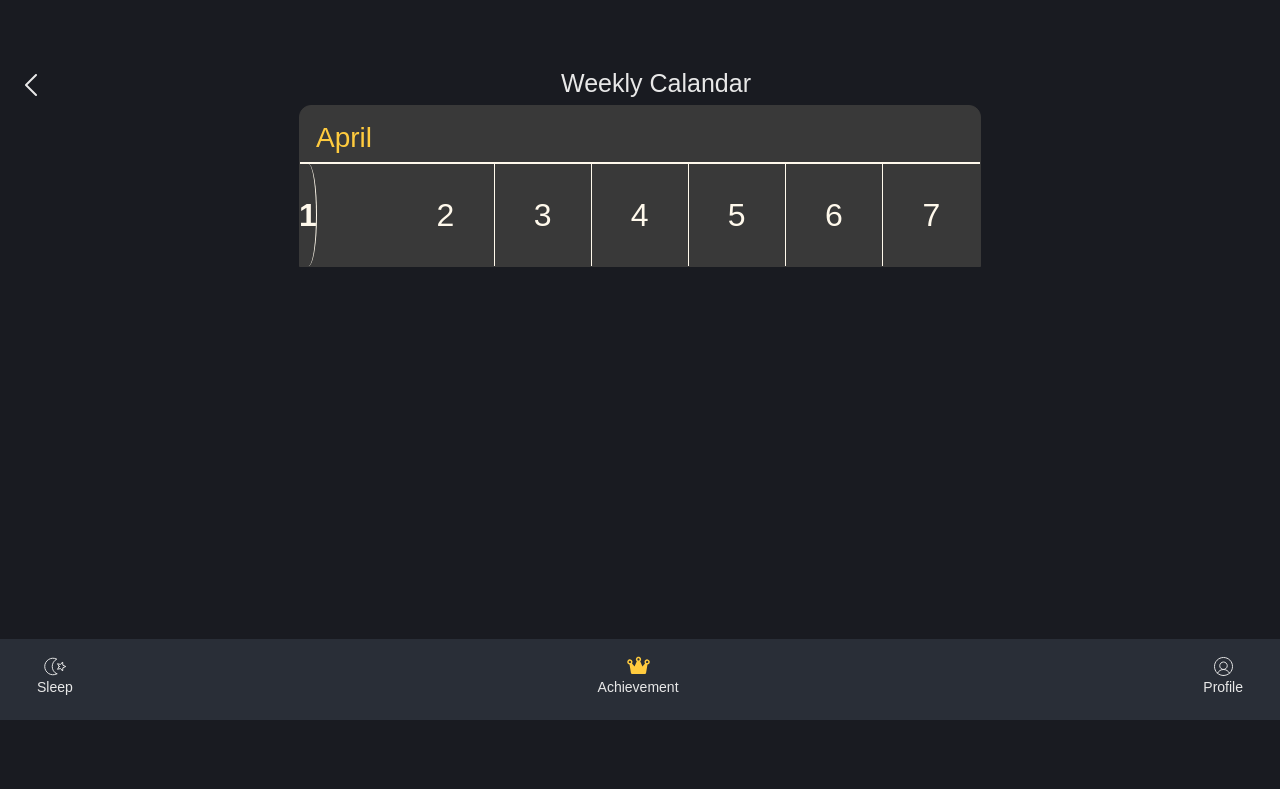
Repository: Crite-Spranberries/sleepixie_app
Page: /weeklyCalendarPage
These files come from the project's save history. The page is drawn as it stood at one moment and after the next save; the edit follows.
The browser window is 1280 px wide. The pictures show the whole page.
Some web fonts or font styles are not loaded; a fallback is used. The project was rebuilt for these pictures with package versions that can differ from the ones it lists, and the page was loaded fresh each time. The framework's server and built-in components were replaced by stand-ins that run in the browser. Also part of the build but not shown: next.config.mjs.

Above is the page before, as saved 2025-05-12 14:12:37.

### pages/_app.js
import '../styles/globals.css';

export default function MyApp({ Component, pageProps }) {
  return (
    <main>
      <Component {...pageProps} />
    </main>
  );
}

### pages/weeklyCalendarPage.js
'use client';
import { useRouter } from 'next/navigation';
import Link from 'next/link';
import NavigationBar from '@/components/Button/NavigationBar';
import HeaderComponent from '@/components/Button/HeaderComponent';
import WeeklyCalendar from '@/components/WeeklyCalendar';
export default function WeeklyCalendarPage() {
  const router = useRouter();
  return (
    <div>
      <HeaderComponent pageName="Weekly Calandar" pageLink="/index" />
      <WeeklyCalendar
        month="April"
        days={[1, 2, 3, 4, 5, 6, 7]}
        highlightDay={1}
      />
      <div className="navigationBarGlobal">
        <NavigationBar
          sleepIcon="/icons/StarAndCrescent.svg"
          achievementIcon="/icons/CrownSelected.svg"
          profileIcon="/icons/UserCircle.svg"
          pageName="Sleep"
          pageName2="Achievement"
          pageName3="Profile"
        />
      </div>
    </div>
  );
}

### styles/globals.css
@import url('https://fonts.googleapis.com/css2?family=Teachers:wght@100;200;300;400;500;600;700;800;900&display=swap');

/* Add any global styles below */
h4 {
  font-size: 25px;
  font-style: normal;
  font-weight: 300;
  line-height: normal;
  margin: 0;
  flex: 3;
  text-align: center;
}

.weeklyAchievement {
  margin: 84px 0 0 16px;
}

.myGoal {
  margin: 30px 0 23px 16px;
}
h3 {
  font-size: 32px;
  font-style: normal;
  font-weight: 100;
  line-height: 29px;
  margin-left: 16px;
}

.sleep,
.additional {
  font-size: 20px;
  font-style: normal;
  font-weight: 600;
  line-height: normal;
  margin-top: 30px;
  margin-bottom: 12px;
}

html {
  font-family: 'Teachers', sans-serif;
  background-color: #191b21;
  color: #e8e8e8;
  margin: 0;
  padding: 0;
}

body {
  margin: 0;
  padding: 0;
  height: 100vh;
  width: 100vw;
}

input {
  color: #ffcb3e;
  background: none;
  border: none;
  font-size: 16px;
  font-style: normal;
  font-weight: 400;
  line-height: normal;
  padding-left: 20px;
}

input::placeholder {
  color: #ffcb3e;
  opacity: 0.5;
}

.buttonContainer {
  width: 100%;
  padding: 0;
  margin-left: 16px;
  display: flex;
  flex-direction: column;
}

.navigationBarGlobal {
  position: fixed;
  left: 0;
  bottom: 0;
  width: 100%;
  background-color: #292e37;
  z-index: 1000;
  display: flex;
  justify-content: space-around;
  align-items: center;
  padding: 0;
}

.supplementList {
  display: flex;
  flex-direction: row;
  justify-content: center;
  flex-wrap: wrap;
  gap: 10px;
}

.searchContainer {
  display: flex;
  justify-content: center;
}

.calendar {
  margin: 60px 16px 0 16px;
  display: flex;
  align-items: center;
  justify-content: center;
}

.myGoalContainer {
  display: flex;
  flex-direction: row;
  justify-content: space-between;
  padding: 0 20.5px 0 20.5px;
}

.characterContainerProgress {
  width: 370px;
  height: 311px;
}

.character {
  margin: 10px 16px 0 16px;
}

.colorChipContainer {
  display: flex;
  flex-direction: row;
  justify-content: space-between;
  padding: 0 16px 0 16px;
}

.colorTheme {
  display: flex;
  justify-content: center;
  font-size: 20px;
  font-style: normal;
  font-weight: 400;
  line-height: normal;
  margin: 30px 0 30px 0;
}

### components/Button/NavigationBar.js
import styles from '@/components/Button/NavigationBar.module.css';
import Image from 'next/image';

const NavigationBar = ({
  pageName,
  pageName2,
  pageName3,
  sleepIcon,
  achievementIcon,
  profileIcon,
}) => {
  return (
    <div className={styles.navigationBar}>
      <div className={styles.navigationBarSleep}>
        <Image src={sleepIcon} alt="arrow-left" width={25} height={25} />
        <p className={styles.pageName}>{pageName}</p>
      </div>
      <div className={styles.navigationBarAchievement}>
        <Image src={achievementIcon} alt="arrow-left" width={25} height={25} />
        <p className={styles.pageName2}>{pageName2}</p>
      </div>
      <div className={styles.navigationBarProfile}>
        <Image src={profileIcon} alt="arrow-left" width={25} height={25} />
        <p className={styles.pageName3}>{pageName3}</p>
      </div>
    </div>
  );
};

export default NavigationBar;

### components/Button/HeaderComponent.js
import styles from './HeaderComponent.module.css';
import Image from 'next/image';
import Link from 'next/link';

const HeaderComponent = ({ pageName, pageLink }) => {
  return (
    <div className={styles.settingHeader}>
      <Link href={pageLink}>
        <Image
          src="/icons/CaretLeft.svg"
          alt="arrow-left"
          width={32}
          height={32}
        />
      </Link>
      <h4 className={styles.pageName}>{pageName}</h4>
    </div>
  );
};

export default HeaderComponent;

### components/WeeklyCalendar.js
import React from 'react';
import styles from './WeeklyCalendar.module.css';

export default function WeeklyCalendar({
  month = 'March',
  days = [3, 4, 5, 6, 7, 8, 9],
  highlightDay = 3,
}) {
  return (
    <div className={styles.calendarContainer}>
      <div className={styles.header}>{month}</div>
      <table className={styles.calendarTable}>
        <tbody>
          <tr>
            {days.map((day, idx) => (
              <td
                key={idx}
                className={day === highlightDay ? styles.highlight : styles.day}
              >
                {day}
              </td>
            ))}
          </tr>
        </tbody>
      </table>
    </div>
  );
}

### components/Button/NavigationBar.module.css
.navigationBar {
  /* display: inline-flex; */
  display: flex;
  flex-direction: row;
  /* width: 402px;
    min-height: 84px; */
  box-sizing: border-box;
  justify-content: space-between;
  align-items: center;
  background-color: #292e37;
  /* margin-top: 50px; */
  padding: 15px 37px 25px 37px;
  position: absolute;
  left: 0;
  right: 0;
  bottom: 0;
  width: 100%;
  z-index: 10;
  /* gap: 25px; */
}

.pageName,
.pageName2,
.pageName3 {
  font-size: 14px;
  font-style: normal;
  font-weight: 100;
  line-height: normal;
  text-align: center;
  color: #e8e8e8;
  margin: 0;
}

.navigationBarSleep {
  display: flex;
  flex-direction: column;
  align-items: center;
  justify-content: center;
  gap: 0;
}

.navigationBarAchievement {
  display: flex;
  flex-direction: column;
  align-items: center;
  justify-content: center;
  gap: 0;
}

.navigationBarProfile {
  display: flex;
  flex-direction: column;
  align-items: center;
  justify-content: center;
}

### components/Button/HeaderComponent.module.css
.settingHeader {
  display: flex;
  flex-direction: row;
  margin: 69px 16px 0 16px;
}

### components/WeeklyCalendar.module.css
.calendarContainer {
  background: #393939;
  border-radius: 12px 12px 0 0;
  width: 680px;
  color: #fff9ec;
  font-family: 'Teachers', sans-serif;
  border: 1px solid #393939;
  margin: 0 auto;
}

.header {
  font-size: 28px;
  font-weight: 400;
  color: #ffcb3e;
  padding: 16px 0 8px 16px;
  border-bottom: 2px solid #fff9ec;
  text-align: left;
}

.calendarTable {
  width: 100%;
  border-collapse: separate;
  border-spacing: 0;
  background: none;
}

.calendarTable td {
  width: 14.28%; /* 100% / 7 days */
  height: 100px;
  text-align: center;
  vertical-align: middle;
  font-size: 32px;
  border-right: 1px solid #fff9ec;
  border-bottom: none;
  border-top: none;
  border-left: none;
  background: none;
  color: #fff9ec;
  position: relative;
}

.calendarTable td:last-child {
  border-right: none;
}

.highlight {
  background: #ffcb3e;
  color: #393939;
  border-radius: 50%;
  width: 48px;
  height: 48px;
  display: inline-flex;
  align-items: center;
  justify-content: center;
  margin: 0 auto;
  font-weight: 600;
  font-size: 32px;
}
.day {
  font-weight: 400;
}

After the next save:
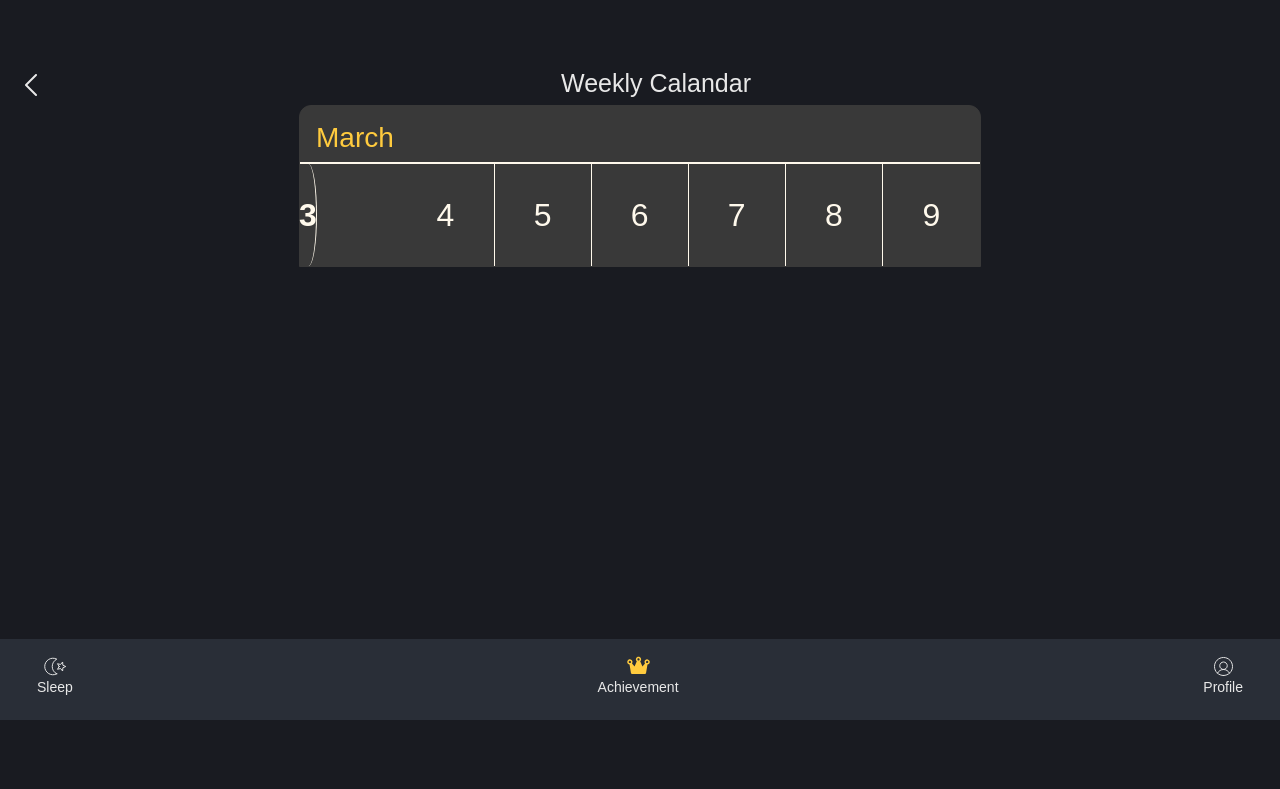
Saved 28 s later.
--- a/pages/weeklyCalendarPage.js
+++ b/pages/weeklyCalendarPage.js
@@ -10,9 +10,9 @@
     <div>
       <HeaderComponent pageName="Weekly Calandar" pageLink="/index" />
       <WeeklyCalendar
-        month="April"
-        days={[1, 2, 3, 4, 5, 6, 7]}
-        highlightDay={1}
+        month="March"
+        days={[3, 4, 5, 6, 7, 8, 9]}
+        highlightDay={3}
       />
       <div className="navigationBarGlobal">
         <NavigationBar
